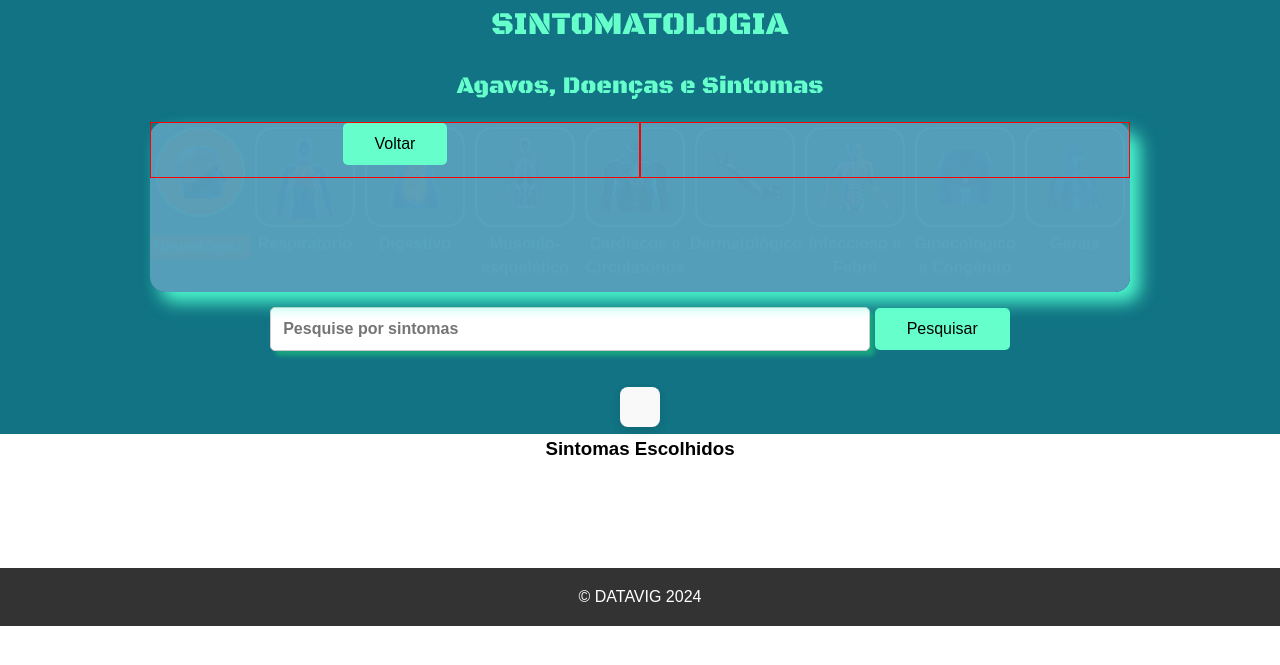
Repository: br-on/vigia
Page: index.html
An editor plug-in stored every save of this project. The page is shown before and after the next save, followed by the edit.
The browser window is 1280 px wide. The pictures show the whole page.
The pointer rests on the first visible `.grupo`.
Some web fonts or font styles are not loaded; a fallback is used.

Above is the page before, as saved 2024-09-16 21:43:46.

### index.html
<!DOCTYPE html>
<html lang="pt-br">
<head>
  <meta charset="UTF-8">
  <meta name="viewport" content="width=device-width, initial-scale=1.0">
  <title>IA VIGILÂNCIA</title>
  <link rel="stylesheet" href="assets/style/style.css">
</head>
<body>
  <nav>
  </nav>
  <header class="search">
    <h1 class="black-ops-one-regular">SINTOMATOLOGIA</h1>
    <h2 class="black-ops-one-regular">Agavos, Doenças e Sintomas</h2>

    <div class="grupos-sintomas">

      <div class="base-div">
      <div id="neurologicos" class="grupo"><div class="grupo-sintoma"><img src="/assets/img/grupos/neurologico.png" alt=""></div><div class="nome-grupo electrolize-regular">Neurológico</div></div>
      <div id="respiratorios" class="grupo"><div class="grupo-sintoma"><img src="assets/img/grupos/respiratorio.png" alt=""></div><div class="nome-grupo electrolize-regular">Respiratório</div></div>
      <div id="digestivos" class="grupo"><div class="grupo-sintoma"><img src="assets/img/grupos/digestivo.png" alt=""></div><div class="nome-grupo electrolize-regular">Digestivo</div></div>
      <div id="musculoesqueleticos" class="grupo"><div class="grupo-sintoma"><img src="assets/img/grupos/musculoesqueletico.png" alt=""></div><div class="nome-grupo electrolize-regular">Musculo- esquelético</div></div>
      <div id="cardiacos-circulatorios" class="grupo"><div class="grupo-sintoma"><img src="assets/img/grupos/cardiaco.png" alt=""></div><div class="nome-grupo electrolize-regular">Cardiacos e Circulatórios</div></div>
      <div id="dermatologicos" class="grupo"><div class="grupo-sintoma"><img src="assets/img/grupos/dermatologico.png" alt=""></div><div class="nome-grupo electrolize-regular">Dermatológico</div></div>
      <div id="infecciosos-febris" class="grupo"><div class="grupo-sintoma"><img src="assets/img/grupos/infecciosofebril.png" alt=""></div><div class="nome-grupo electrolize-regular">Infeccioso e Febril</div></div>
      <div id="ginecologicos-congenitos" class="grupo"><div class="grupo-sintoma"><img src="assets/img/grupos/ginecologicocongentia.png" alt=""></div><div class="nome-grupo electrolize-regular">Ginecológico e Congênito</div></div>
      <div id="sistemicos-gerais" class="grupo"><div class="grupo-sintoma"><img src="assets/img/grupos/gerais.png" alt=""></div><div class="nome-grupo electrolize-regular">Gerais</div></div>
      </div>

      <div class="overlay-div">
        <div class="top-overlay-div">
          <div class="top-1">
            <button>Voltar</button>
          </div>
          <div class="top-2">

          </div>
        </div>
        <div class="sintomas-grupo">
          <div id="resultados-pesquisa-grupo" class="resultado-pesquisa-sintomas"></div>
        </div>
      </div>


    </div><br>
    <input type="text" placeholder="Pesquise por sintomas" class="electrolize-regular" id="campo-pesquisa">
    <button onclick="pesquisar()">Pesquisar</button>
    <br>
    <div id="resultados-pesquisa" class="resultado-pesquisa-sintomas"></div>
  </header>
  <main>
    <center><h3>Sintomas Escolhidos</h3></center>
    <div id="sintomas-escolhidos">
      <!-- Sintomas escolhidos serão exibidos aqui -->
    </div>
    <br><br>
    <div id="resultados-doencas">
      <!-- Resultados das doenças serão exibidos aqui -->
    </div>
    <br><br>

  </main>
  <footer>
    <p>&copy; DATAVIG 2024</p>
  </footer>

  <script src="assets/script/sintomas.js"></script>
  <script src="assets/script/data.js"></script>
  <script src="assets/script/app.js"></script>
</body>
</html>

### assets/style/style.css
@import url('https://fonts.googleapis.com/css2?family=Black+Ops+One&display=swap');
@import url('https://fonts.googleapis.com/css2?family=Electrolize&display=swap');

* {
    margin: 0;
    padding: 0;
}

.black-ops-one-regular {
  font-family: "Black Ops One", system-ui;
  font-weight: 400;
  font-style: normal;
}

.electrolize-regular {
  font-family: "Electrolize", sans-serif;
  font-weight: 600;
  font-style: normal;
}

/* Estilos globais */
* {
    margin: 0;
    padding: 0;
    box-sizing: border-box;
}

html, body {
    height: 100%;
}

body {
    font-family: Arial, sans-serif;
    line-height: 1.6;
    margin: 0;
    padding: 0;

}

header, nav, footer {
    background-color: #333;
    color: #fff;
    text-align: center;
}

main {
    flex: 1;
}

h1, h2 {
    color: #66ffcc;
    margin-bottom: 1rem;
}

/* Estilo para o formulário de pesquisa */
.search {
    text-align: center;
    background-color: #117383;
}

.search input[type="text"] {
    margin-top: 15px;
    width: 600px;
    padding: 0.75rem;
    margin-bottom: 1rem;
    border: 1px solid #ccc;
    border-radius: 5px;
    font-size: 1rem;
    box-shadow: 5px 5px 4.5px #19a381;
}

.search button {
    padding: 0.75rem 2rem;
    background-color: #66ffcc;
    color: #000;
    border: none;
    border-radius: 5px;
    cursor: pointer;
    font-size: 1rem;
}

.search button:hover {
    background-color: #29a67c;
    color: rgb(255, 255, 255);
}

/* Estilo para resultados */
.results {
    padding: 2rem;
    background-color: #fff;
    text-align: center;
}

/* Estilo do rodapé */

footer {
    background-color: #333;
    color: white;
    padding: 1rem;
    text-align: center;
    position: relative;
    bottom: 0;
    width: 100%;
}

/* Media Queries para telas menores */
@media (max-width: 768px) {
    .search input[type="text"] {
        width: 95%;
    }

    .search button {
        width: 100%;
        margin-top: 1rem;
    }
}

@media (max-width: 480px) {
    h1 {
        font-size: 2rem;
    }

    h2 {
        font-size: 1.5rem;
    }

    footer {
        font-size: 0.9rem;
    }
}

/* Container principal dos resultados */
#resultados-pesquisa {

    max-height: 80vh; /* Limita a altura para que os resultados não ocupem a tela inteira */
    overflow-y: auto; /* Ativa a barra de rolagem vertical */
    padding: 20px;
    margin-top: 20px;
    border-radius: 8px;
    box-shadow: 0px 4px 10px rgba(0, 0, 0, 0.1); /* Sombra suave */
    background-color: #f9f9f9; /* Fundo claro */
}

/* Estilo dos itens de resultado */
.item-resultado {
    border: 3px solid #e0e0e0; /* Borda leve ao redor do item */
    border-radius: 8px; /* Bordas arredondadas */
    padding: 20px; /* Espaçamento interno */
    margin-bottom: 20px; /* Espaçamento entre os itens */
    background-color: #fff; /* Fundo branco para o item */
    box-shadow: 0px 4px 8px rgba(0, 0, 0, 0.05); /* Sombra leve */
    transition: transform 0.3s ease, box-shadow 0.3s ease; /* Transição suave */
}

/* Efeito hover nos itens */
.item-resultado:hover {
    transform: translateY(-5px); /* Eleva o item ao passar o mouse */
    box-shadow: 0px 6px 12px rgba(0, 0, 0, 0.15); /* Aumenta a sombra ao passar o mouse */
}

/* Título do item */
.item-resultado h2 {
    font-size: 1.8rem;
    margin-bottom: 10px;
    color: #333; /* Cor mais escura para o título */
    font-weight: bold;
}

/* Subtítulos (Descrição, Sintomas, etc.) */
.item-resultado h4 {
    font-size: 1.2rem;
    margin-top: 15px;
    margin-bottom: 8px;
    color: #555; /* Cor intermediária */
}

/* Texto descritivo */
.item-resultado .descricao-meta {
    font-size: 1rem;
    line-height: 1.5; /* Facilita a leitura */
    color: #666; /* Cor do texto */
    margin-bottom: 15px;
}

/* Links */
.item-resultado a {
    font-size: 1rem;
    color: #007bff; /* Cor azul padrão */
    text-decoration: none;
}

.item-resultado a:hover {
    text-decoration: underline; /* Sublinha ao passar o mouse */
}

/* Barra de rolagem estilizada */
#resultados-pesquisa::-webkit-scrollbar {
    width: 8px;
}

#resultados-pesquisa::-webkit-scrollbar-thumb {
    background-color: #888;
    border-radius: 10px;
}

#resultados-pesquisa::-webkit-scrollbar-thumb:hover {
    background-color: #555;
}


/* Adicione isto ao seu arquivo CSS */
#filtros-sintomas {
    width: 90%;
    margin: 0 auto; /* Centraliza a div horizontalmente */
    display: flex;
    flex-wrap: wrap; /* Faz com que os itens quebrem para a linha seguinte */
    gap: 10px; /* Espaço entre os itens */
    box-sizing: border-box;
}

#filtros-sintomas label {
    display: flex;
    align-items: center;
    margin-right: 10px; /* Espaço entre os labels */

}


.sintoma-item {
    padding: 10px;
    margin: 5px 0;
    border-radius: 5px;
    cursor: pointer;
    margin: 2px;
}

.sintoma-item:hover {
    opacity: 0.8;
}

#sintomas-escolhidos {
    display: inline-flex;
    flex-wrap: wrap;
    margin-top: 20px;
}

.sintoma-escolhido {
    background-color: #d4edda; /* Cor de fundo verde clara */
    border: 1px solid #c3e6cb;
    padding: 10px;
    margin: 5px 0;
    border-radius: 5px;
}

.resultado-pesquisa-sintomas {
    display: inline-flex;
    flex-wrap: wrap;
    align-items: center;
    justify-content: center;
}

.grupos-sintomas {
    position: relative;
    margin: 0 auto;
    display: inline-flex;
    flex-wrap: wrap;
    justify-content: center;
    align-items: flex-start;
    min-height: 170px;
    background-color: #0f5c5093;
    border-radius: 15px;
    box-shadow: 10px 10px 17px #4cf8cd;
}

/* Media Queries para telas menores */
@media (max-width: 768px) {
    .grupos-sintomas {
        width: 94.5%;
    }
}

.grupo:hover {
    cursor: pointer;
    .nome-grupo {
        margin-top: 18px;
        background-color: hsl(29, 100%, 42%);
    }
    .grupo-sintoma {
        height: 90px;
        width: 90px;
        transition: 0.5s;
        cursor: pointer;
        border-radius: 50%;
        background-color: hsl(29, 100%, 42%);
    }
  }
.grupo-sintoma {
    display: flex;
    justify-content: center;
    align-items: center;
    margin: 5px;
    width: 100px;
    height: 100px;
    border-radius: 18px;
    border: solid 2.5px #66ffcc;
}

.grupo-sintoma img {
    width: 90px;
    height: 90px;
    transition: width 0.3s ease-in-out, height 0.3s ease-in-out;
}

.grupo-sintoma img:hover {
    height: 130px;
    width: 130px;
    transition: all 0.5s ease; /* Suavizando a transição */
}

.nome-grupo {
    max-width: 110px;
    font-size: 1em;
    color: #66ffcc;
    line-height: 1.5;

}


/* background-color dos nomes dos grupos */
/* sem utilidade no momento */
    .bg-neurologicos {background-color: #88490d; }
    .bg-respiratorios {background-color: #26B63E; }
    .bg-digestivos {background-color: #060270;}
    .bg-musculoesqueleticos {background-color: #632e2e;}
    .bg-cardiacos-circulatorios {background-color: #D20103;}
    .bg-dermatologicos {background-color: #c63de9;}
    .bg-infecciosos-febris {background-color: #4419AA;}
    .bg-ginecologicos-congenitos {background-color: #3b0a49;}
    .bg-sistemicos-gerais {background-color: #2B5D9C;}


.base-div {
        display: inline-flex;
        flex-wrap: wrap;

        /* A altura será variável de acordo com o conteúdo */
}

.overlay-div {
    position: absolute;
    display: flex;
    flex-direction: column;
    width: 100%; /* A largura da div sobreposta será igual à da div base */
    height: 100%; /* A altura será igual à div base */
    background-color: rgba(87, 160, 189, 0.966); /* Cor com transparência */
    border-radius: 15px;
    transition: opacity 0.3s ease-in-out; /* Suavizando a transição de opacidade */
}

.overlay-div[style*="display: flex"] {
    opacity: 1;
}

.top-overlay-div {
    display: flex;
    height: 35%;
}

.top-overlay-div .top-1 {
    border: solid 1px red;
    width: 50%;
}

.top-overlay-div .top-2 {
    border: solid 1px red;
    width: 50%;
    display: flex;
    align-items: center;
    justify-content: center;
}


.top-overlay-div .top-2 .grupo {
    cursor: pointer;
}
.top-overlay-div .top-2 .nome-grupo {
        margin-top: 18px;
        background-color: hsl(29, 100%, 42%);
}
.top-overlay-div .top-2 .grupo-sintoma {
        height: 90px;
        width: 90px;
        transition: 0.5s;
        cursor: pointer;
        border-radius: 50%;
        background-color: hsl(29, 100%, 42%);
    }

.top-overlay-div .top-2 .grupo-sintoma img:hover {
    height: 130px;
    width: 130px;
    transition: all 0.5s ease; /* Suavizando a transição */
}












.top-overlay-div .top-1 button:hover {
    cursor: pointer;
}

.sintomas-grupo {
    border-radius: 15px;
    margin-top: 5px;
    height: calc(100% - 55px);
}

/* Container principal dos resultados pesquisa por grupo*/
#resultados-pesquisa-grupo {

    max-height: 70%; /* Limita a altura para que os resultados não ocupem a tela inteira */
    overflow-y: auto; /* Ativa a barra de rolagem vertical */
    padding: 20px;

    border-radius: 8px;
}

/* Barra de rolagem estilizada */
#resultados-pesquisa-grupo::-webkit-scrollbar {
    width: 8px;
}

#resultados-pesquisa-grupo::-webkit-scrollbar-thumb {
    background-color: #52dcff;
    border-radius: 10px;
}

#resultados-pesquisa-grupo::-webkit-scrollbar-thumb:hover {
    background-color: #52dcff;
}

.display-off {
    display: none;
}
.display-on {
    display: block;
}

### assets/script/app.js
document.addEventListener('DOMContentLoaded', function () {
    // Carregar sintomas iniciais (se necessário)
});


// Função para exibir a overlay-div e mostrar os sintomas do grupo
function exibirSintomasPorGrupo(grupoId) {
    const overlayDiv = document.querySelector('.overlay-div');
    const resultadosSintomasDiv = document.getElementById("resultados-pesquisa-grupo");
    const top2Div = document.querySelector('.top-2');
    const grupoDiv = document.getElementById(grupoId);

    // Limpa resultados anteriores
    resultadosSintomasDiv.innerHTML = "";

    // Obter sintomas já escolhidos
    const sintomasEscolhidos = Array.from(document.getElementById("sintomas-escolhidos").children)
        .map(div => div.textContent);

    // Filtrar sintomas pelo grupo clicado e que não foram escolhidos
    const sintomasEncontrados = dataSintomas.filter(sintoma =>
        sintoma.grupo_sintoma.toLowerCase() === grupoId.toLowerCase() &&
        !sintomasEscolhidos.includes(sintoma.titulo_sintoma)
    );

    if (sintomasEncontrados.length > 0) {
        sintomasEncontrados.forEach(sintoma => {
            const divSintoma = document.createElement('div');
            divSintoma.className = 'sintoma-item';
            divSintoma.style.backgroundColor = coresPorGrupo[grupoId.toLowerCase()] || '#ccc';
            divSintoma.textContent = sintoma.titulo_sintoma;
            divSintoma.addEventListener('click', () => adicionarSintomaEscolhido(sintoma, grupoId));
            resultadosSintomasDiv.appendChild(divSintoma);
        });
    } else {
        resultadosSintomasDiv.innerHTML = '<p>Nenhum sintoma encontrado para este grupo.</p>';
    }

    // Clona o conteúdo da div do grupo selecionado e insere na top-2
    const grupoDivClone = grupoDiv.cloneNode(true);
    top2Div.innerHTML = ''; // Limpa a top-2 antes de adicionar o clone
    top2Div.appendChild(grupoDivClone);

    // Exibe a overlay-div
    overlayDiv.classList.remove('display-off');
    overlayDiv.classList.add('display-on');
}

// Função para ocultar a overlay-div
function ocultarOverlay() {
    const overlayDiv = document.querySelector('.overlay-div');
    overlayDiv.classList.remove('display-on');
    overlayDiv.classList.add('display-off');
}

    // Função para configurar eventos de clique nos grupos e no botão Voltar
function configurarEventosDeCliqueNosGrupos() {
    // Seleciona todas as divs de grupos de sintomas
    const grupos = document.querySelectorAll('.grupo');

    // Adiciona o evento de clique para cada grupo
    grupos.forEach(grupo => {
        grupo.addEventListener('click', () => {
            exibirSintomasPorGrupo(grupo.id); // Exibe sintomas ao clicar no grupo
        });
    });

    // Adiciona evento de clique ao botão Voltar
    const backButton = document.querySelector('.top-1 button');
    backButton.addEventListener('click', () => {
        ocultarOverlay();
    });
}

// Chama a função quando a página carrega
window.onload = configurarEventosDeCliqueNosGrupos;


// Função do botão pesquisar
function pesquisar() {
    let campoPesquisa = document.getElementById("campo-pesquisa").value.toLowerCase();
    let resultadosSintomasDiv = document.getElementById("resultados-pesquisa");
    resultadosSintomasDiv.innerHTML = ""; // Limpar resultados anteriores

    // Obter sintomas já escolhidos
    let sintomasEscolhidos = Array.from(document.getElementById("sintomas-escolhidos").children)
        .map(div => div.textContent);

    // Filtrar sintomas que correspondem ao texto digitado e que não foram escolhidos
    let sintomasEncontrados = dataSintomas.filter(sintoma =>
        (sintoma.titulo_sintoma.toLowerCase().includes(campoPesquisa) ||
        sintoma.grupo_sintoma.toLowerCase().includes(campoPesquisa)) &&
        !sintomasEscolhidos.includes(sintoma.titulo_sintoma)
    );

    sintomasEncontrados.forEach(sintoma => {
        let divSintoma = document.createElement('div');
        divSintoma.className = 'sintoma-item';

        let grupoId = sintoma.grupo_sintoma.toLowerCase().replace(/\s/g, '-');
        divSintoma.style.backgroundColor = coresPorGrupo[grupoId] || '#ccc';

        divSintoma.textContent = sintoma.titulo_sintoma;
        divSintoma.addEventListener('click', () => adicionarSintomaEscolhido(sintoma, grupoId));
        resultadosSintomasDiv.appendChild(divSintoma);
    });
}

function adicionarSintomaEscolhido(sintoma, grupoId) {
    let sintomasEscolhidosDiv = document.getElementById("sintomas-escolhidos");

    // Verifica se o sintoma já foi escolhido
    let sintomaJaEscolhido = Array.from(sintomasEscolhidosDiv.children).some(div => div.textContent === sintoma.titulo_sintoma);
    if (sintomaJaEscolhido) return; // Evita adicionar o mesmo sintoma mais de uma vez

    let divEscolhido = document.createElement('div');
    divEscolhido.className = 'sintoma-escolhido';
    divEscolhido.textContent = sintoma.titulo_sintoma;

    // Aplicar a cor do grupo ao sintoma escolhido
    divEscolhido.style.backgroundColor = coresPorGrupo[grupoId.toLowerCase()] || '#ccc';

    // Adiciona o evento de clique para remover o sintoma da lista escolhida
    divEscolhido.addEventListener('click', () => removerSintomaEscolhido(sintoma));

    sintomasEscolhidosDiv.appendChild(divEscolhido);

    // Remover o sintoma da lista de sintomas encontrados
    let sintomasEncontrados = document.querySelectorAll('#resultados-pesquisa .sintoma-item');
    sintomasEncontrados.forEach(item => {
        if (item.textContent === sintoma.titulo_sintoma) {
            item.remove();
        }
    });

    mostrarDoencasRelacionadas();
}

function removerSintomaEscolhido(sintoma) {
    let sintomasEscolhidosDiv = document.getElementById("sintomas-escolhidos");

    // Encontrar e remover o sintoma da lista de escolhidos
    Array.from(sintomasEscolhidosDiv.children).forEach(div => {
        if (div.textContent === sintoma.titulo_sintoma) {
            div.remove();
        }
    });

    // Reexibir o sintoma na lista de pesquisa ou na lista de grupo
    let resultadosSintomasDiv = document.getElementById("resultados-pesquisa");

    let divSintoma = document.createElement('div');
    divSintoma.className = 'sintoma-item';

    // Atribuir cor do grupo
    let grupoId = sintoma.grupo_sintoma.toLowerCase().replace(/\s/g, '-');
    divSintoma.style.backgroundColor = coresPorGrupo[grupoId] || '#ccc';

    divSintoma.textContent = sintoma.titulo_sintoma;
    divSintoma.addEventListener('click', () => adicionarSintomaEscolhido(sintoma, grupoId));
    resultadosSintomasDiv.appendChild(divSintoma);

    mostrarDoencasRelacionadas();
}

function mostrarDoencasRelacionadas() {
    let sintomasEscolhidosDiv = document.getElementById("sintomas-escolhidos");
    let sintomasEscolhidos = Array.from(sintomasEscolhidosDiv.children).map(div => div.textContent.trim().toLowerCase());

    let resultadosDoencasDiv = document.getElementById("resultados-doencas");
    resultadosDoencasDiv.innerHTML = ""; // Limpar resultados anteriores

    // Percorre cada doença no array dataDoencas
    dataDoencas.forEach(doenca => {
        // Divide os sintomas da doença em um array e remove espaços extras
        let sintomasDoenca = doenca.sintomas.toLowerCase().split(',').map(s => s.trim());

        // Verifica se todos os sintomas escolhidos estão incluídos nos sintomas da doença
        let correspondeSintomas = sintomasEscolhidos.every(sintomaEscolhido =>
            sintomasDoenca.includes(sintomaEscolhido)
        );

        // Se todos os sintomas escolhidos estiverem presentes, exibe a doença
        if (correspondeSintomas) {
            resultadosDoencasDiv.innerHTML += `
                <div class="item-resultado">
                    <center><h2 class="black-ops-one-regular">${doenca.titulo}</h2></center>
                    <h4 class="electrolize-regular">Descrição</h4>
                    <p class="descricao-meta">${doenca.descricao}</p>
                    <h4 class="electrolize-regular">Sintomas</h4>
                    <p class="descricao-meta">${doenca.sintomas}</p>
                    <h4 class="electrolize-regular">Prevenção</h4>
                    <p class="descricao-meta">${doenca.prevencao}</p>
                    <h4 class="electrolize-regular">Tratamento</h4>
                    <p class="descricao-meta">${doenca.tratamento}</p>
                    <a href="${doenca.link}" target="_blank">${doenca.link}</a>
                </div>
            `;
        }
    });
}

Loaded but not shown: assets/script/data.js (373 lines, source omitted); assets/script/sintomas.js (484 lines, source omitted)

After the next save:
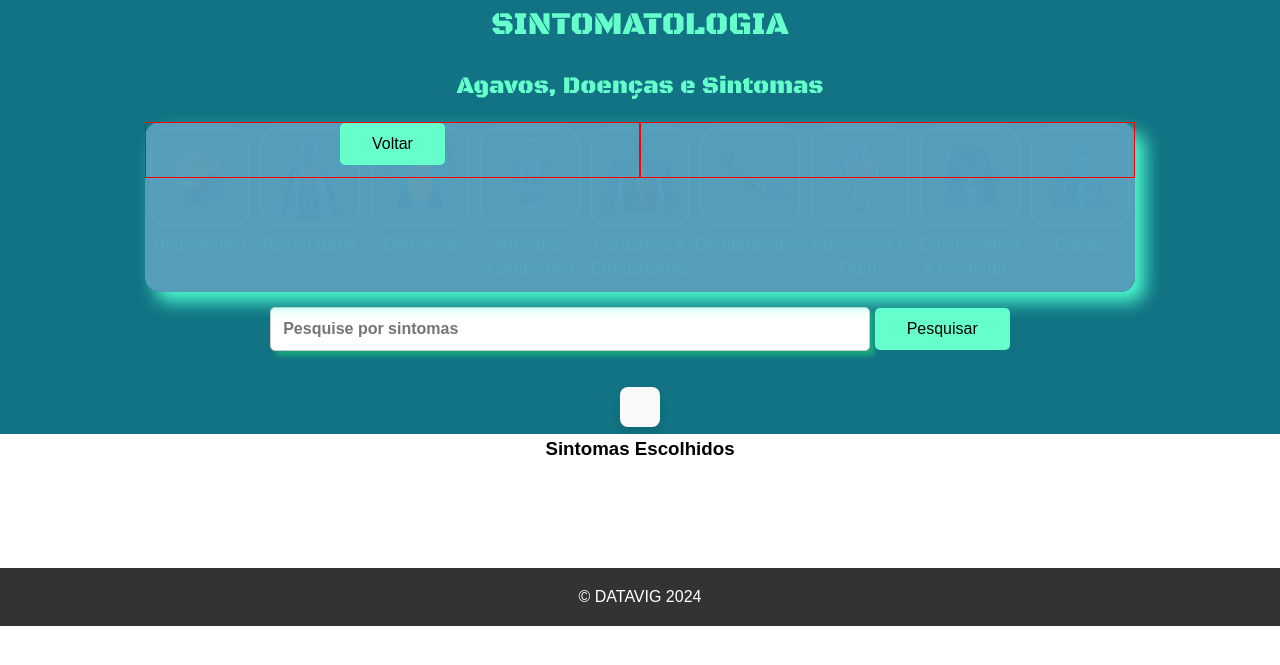
Saved 74 s later.
--- a/assets/style/style.css
+++ b/assets/style/style.css
@@ -279,21 +279,6 @@ footer {
     }
 }
 
-.grupo:hover {
-    cursor: pointer;
-    .nome-grupo {
-        margin-top: 18px;
-        background-color: hsl(29, 100%, 42%);
-    }
-    .grupo-sintoma {
-        height: 90px;
-        width: 90px;
-        transition: 0.5s;
-        cursor: pointer;
-        border-radius: 50%;
-        background-color: hsl(29, 100%, 42%);
-    }
-  }
 .grupo-sintoma {
     display: flex;
     justify-content: center;
@@ -311,11 +296,6 @@ footer {
     transition: width 0.3s ease-in-out, height 0.3s ease-in-out;
 }
 
-.grupo-sintoma img:hover {
-    height: 130px;
-    width: 130px;
-    transition: all 0.5s ease; /* Suavizando a transição */
-}
 
 .nome-grupo {
     max-width: 110px;
